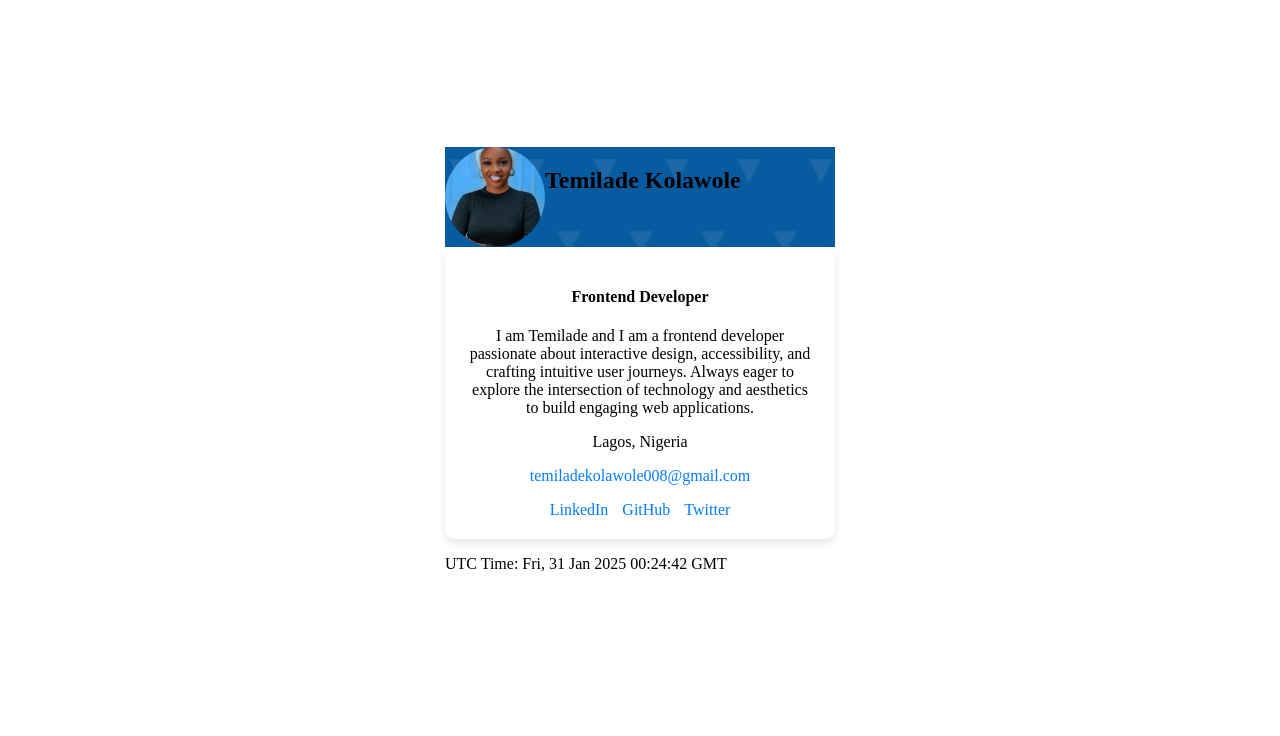
Repository: KolawoleTemilade/ticket-guarantor
Page: profilecard/index..html
These files come from the project's save history. The page is drawn as it stood at one moment and after a run of saves; the edit follows.
The browser window is 1280 px wide. The pictures show the whole page.

Above is the page before, as saved 2025-02-04 17:03:20.

### profilecard/index..html
<!DOCTYPE html>
<html lang="en">
<head>
    <meta charset="UTF-8">
    <meta name="viewport" content="width=device-width, initial-scale=1.0">
    <title>Profile Card</title>
    <link rel="stylesheet" href="style.css">
</head>
<body>
    <section >
        <div class="background" style="background-image: url('./asset/bgo.svg');">
            <img src="./asset/profile.jpg" alt="Profile Picture" data-testid="profilePicture">
            <h2 data-testid="fullName">Temilade Kolawole</h2>
        </div>
        <div class="card">
        <h4 data-testid="jobTitle">Frontend Developer</h4>
        <p data-testid="shortBio">
            I am Temilade and I am a frontend developer passionate about interactive design,
            accessibility, and crafting intuitive user journeys. Always eager to explore
            the intersection of technology and aesthetics to build engaging web applications.
        </p>
        <p data-testid="currentLocation">Lagos, Nigeria</p>
        <p data-testid="emailAddress">
            <a href="mailto:temiladekolawole008@gmail.com" target="_blank">
                temiladekolawole008@gmail.com
            </a>
        </p>
        <div class="social-links" data-testid="socialLinks">
            <a href="https://linkedin.com/in/temiladekolawole13" target="_blank">LinkedIn</a>
            <a href="https://github.com/kolawoleTemilade" target="_blank">GitHub</a>
            <a href="https://twitter.com/temmie415" target="_blank">Twitter</a>
        </div>
    </div>
        <p data-testid="currentTimeUTC" id="utcTime"></p>
    </section>

    <script>
        // Update UTC time every second
        function updateTime() {
            const utcTime = new Date().toUTCString();
            document.getElementById('utcTime').textContent = `UTC Time: ${utcTime}`;
        }

        // Initial call and set interval
        updateTime();
        setInterval(updateTime, 1000);
    </script>
</body>
</html>

### profilecard/style.css
body {
display: flex;
align-items: center;
justify-content: center;
height: 100vh;

}

.card {
  background: #fff;
  padding: 20px;
  border-radius: 10px;
  box-shadow: 0 4px 8px rgba(0, 0, 0, 0.1);
  text-align: center;
  max-width: 350px;
  width: 100%;
}
.background {
  width: 100%;
  padding: 0;
  display: flex;
fl
  justify-content: center;
}
img {
  width: 100px;
  height: 100px;
  border-radius: 50%;
  object-fit: cover;
}
a {
  margin: 0 5px;
  text-decoration: none;
  color: #007bff;
}

After the next 2 saves:
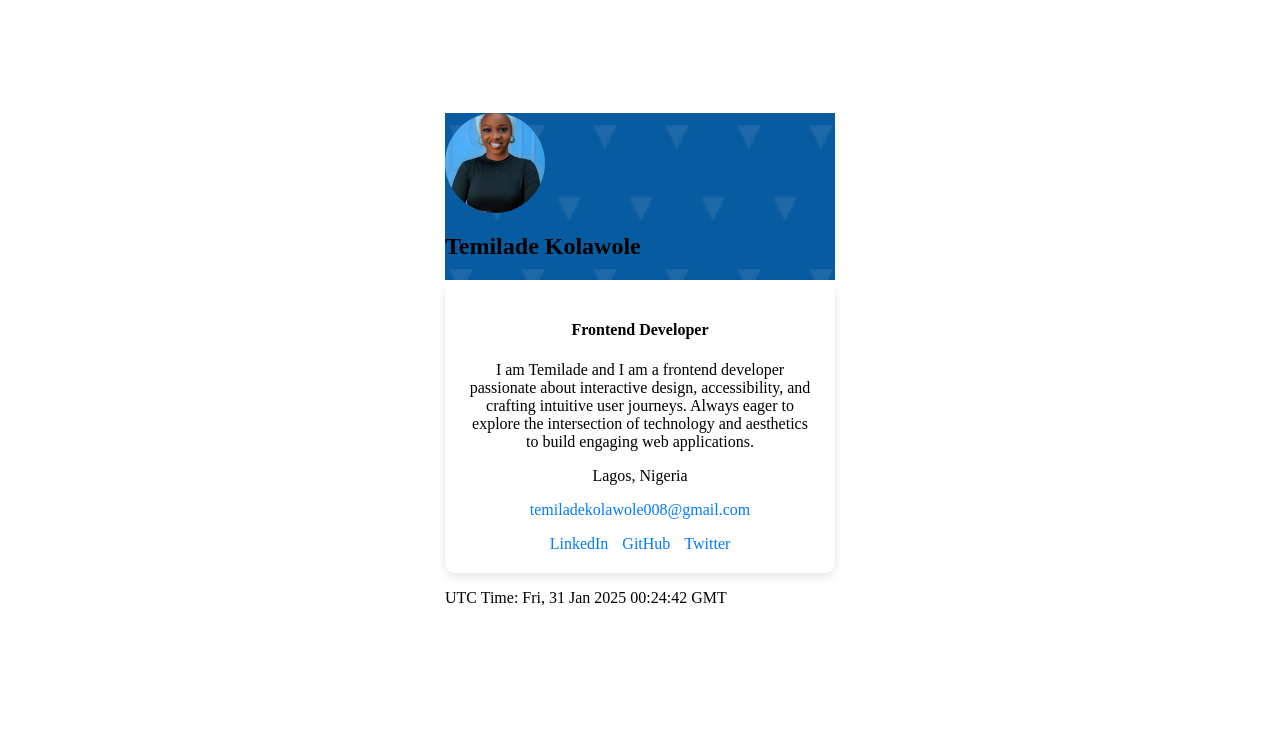
The 2 saves are shown as one change because they came seconds apart.
The last was saved 6 s later.
--- a/profilecard/style.css
+++ b/profilecard/style.css
@@ -19,7 +19,7 @@ height: 100vh;
   width: 100%;
   padding: 0;
   display: flex;
-fl
+flex-direction: column;
   justify-content: center;
 }
 img {
